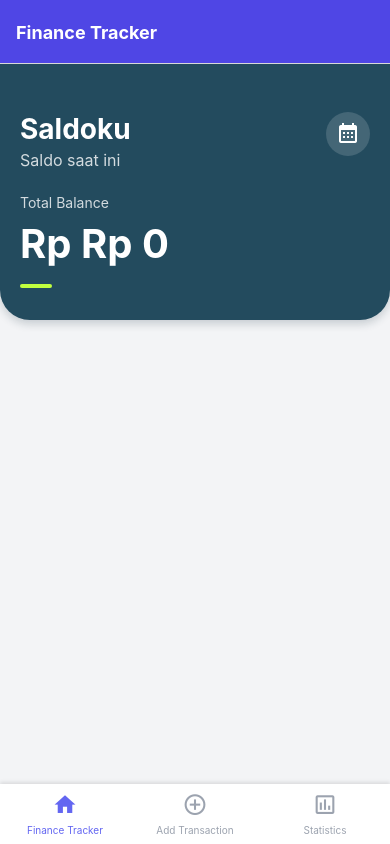
Repository: FarhanAryadi/FinTrack
Screen: /Home
These files come from the project's save history. The screen is drawn as it stood at one moment and after the next save; the edit follows.
The page's requests for data from a server got no answer. The app was drawn by React Native's web renderer in a window 390 px wide. The project was rebuilt for these pictures with package versions that can differ from the ones it lists, and the page was loaded fresh each time. No one was signed in, and anything a server would have sent is missing. Also part of the build but not shown: src/components/common/Button.tsx, src/config.ts, src/services/categoryService.ts, src/components/common/CategoryDropdown.tsx, src/components/common/CurrencyInput.tsx, src/components/common/Input.tsx, src/services/transactionService.ts, src/screens/AddTransactionScreen.tsx and 2 more.

Above is the screen before, as saved 2025-03-06 15:01:10.

After the next save:
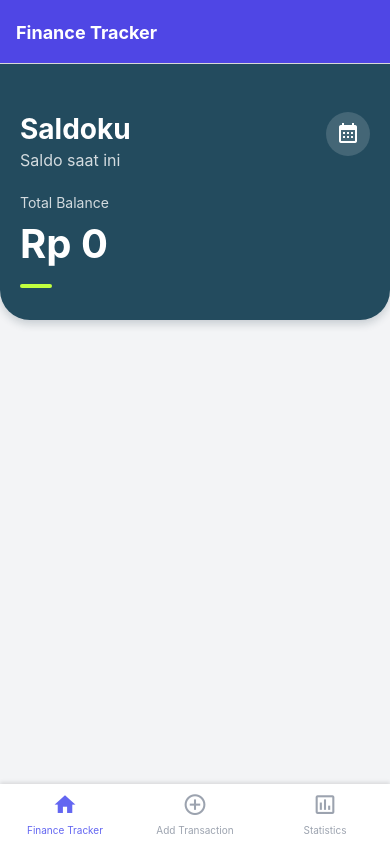
Saved 6 s later.
--- a/src/components/common/Header.tsx
+++ b/src/components/common/Header.tsx
@@ -38,7 +38,7 @@ export const Header: React.FC<HeaderProps> = ({
 			{amount !== undefined && (
 				<View style={styles.amountContainer}>
 					<Text style={styles.amountLabel}>Total Balance</Text>
-					<Text style={styles.amount}>Rp {formatCurrency(amount)}</Text>
+					<Text style={styles.amount}>{formatCurrency(amount)}</Text>
 					<View style={styles.indicator} />
 				</View>
 			)}
